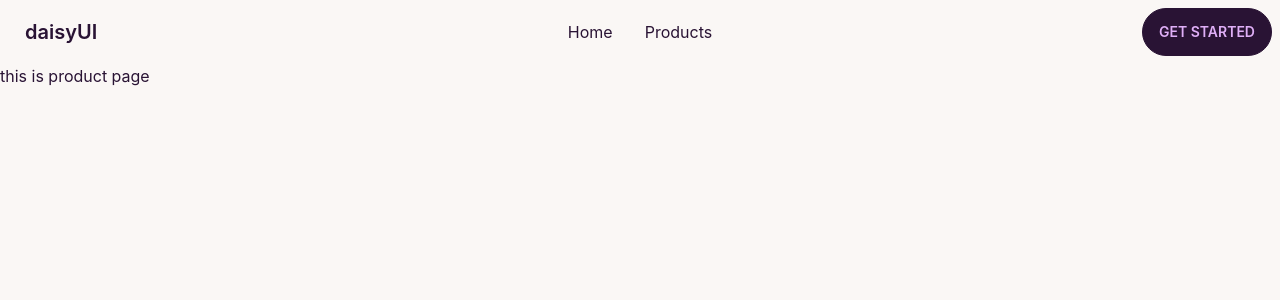
Repository: Tanvir3744/admin-portal
Page: /
An editor plug-in stored every save of this project. The page is shown before and after the next save, followed by the edit.
The browser window is 1280 px wide. The pictures show the whole page.
The project was rebuilt for these pictures with package versions that can differ from the ones it lists, and the page was loaded fresh each time.

Above is the page before, as saved 2022-07-21 21:18:05.

After the next save:
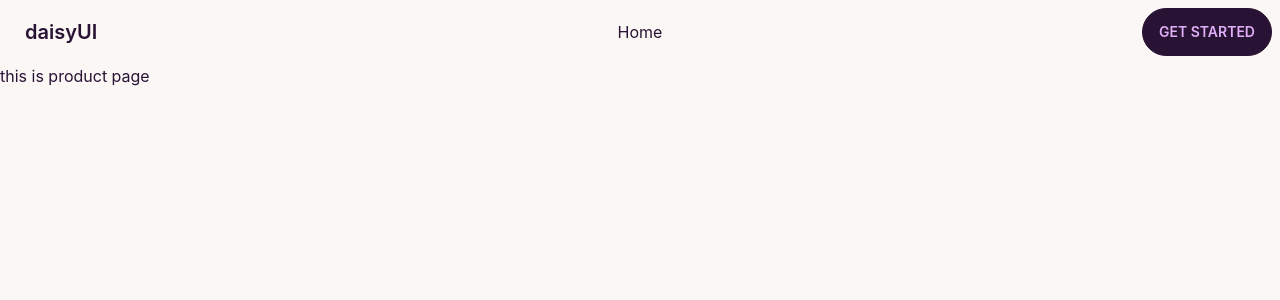
Saved 15 s later.
--- a/src/components/Header/Header.js
+++ b/src/components/Header/Header.js
@@ -3,7 +3,6 @@ import {Link} from 'react-router-dom'
 const Header = () => {
     const menuItem = <>
         <li><Link to='/home'>Home</Link></li>
-        <li><Link to='/'>Products</Link></li>
     </>
     return (
         <div>
